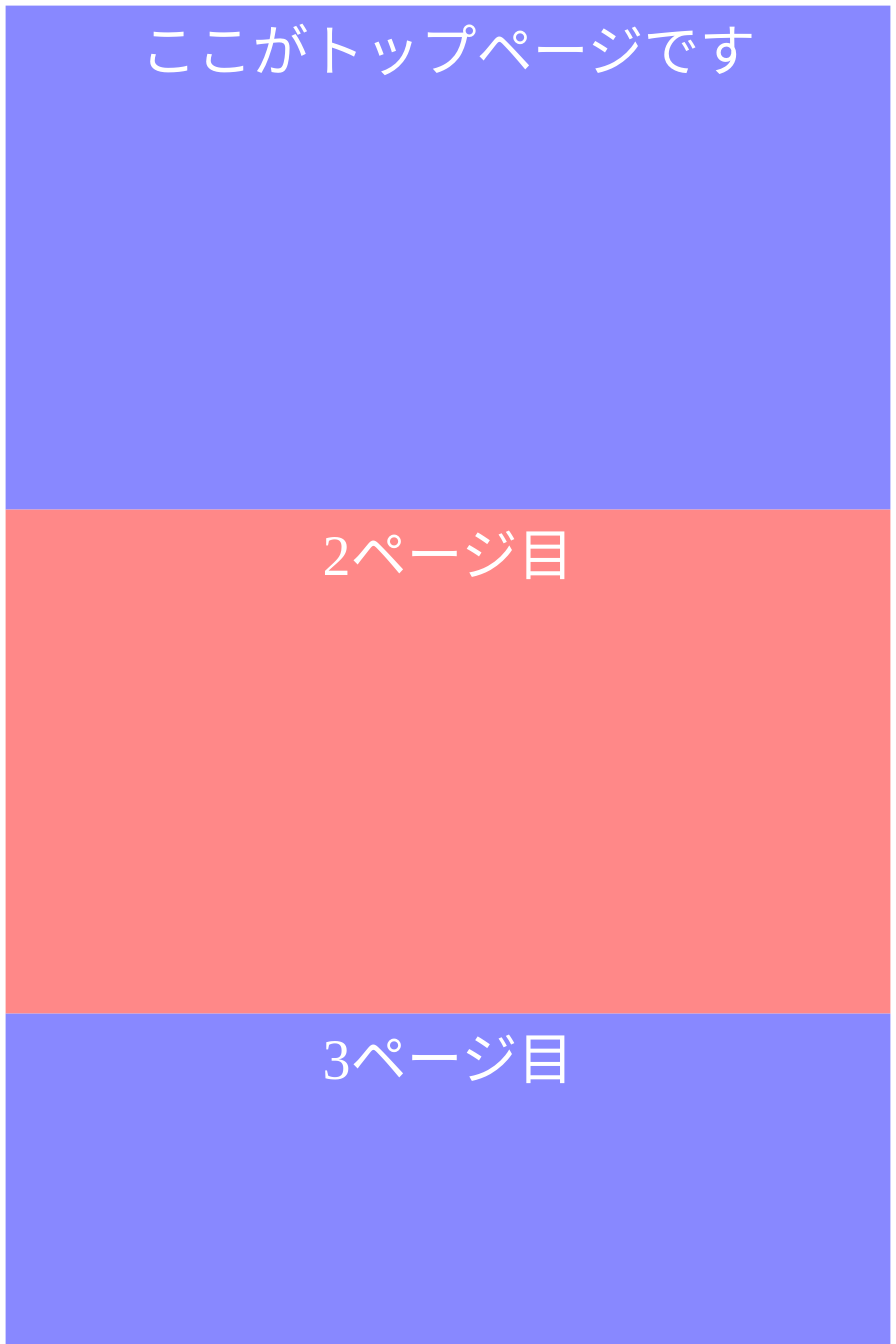
Repository: picalin/samurai_typing-game
Page: JavaScript_tutorial/ScrollBottun.html
The author's editor kept a record of every edit. The page is drawn from the files as they stood at one moment, then again after the next edit.
The browser window is 1280 px wide. The pictures show the part of the page from y = 0 to 1920 px (the page is 3616 px tall), at 70% of full size.

Above is the page before.
Console error: TypeError: Cannot read properties of undefined (reading 'style')

After the next edit:
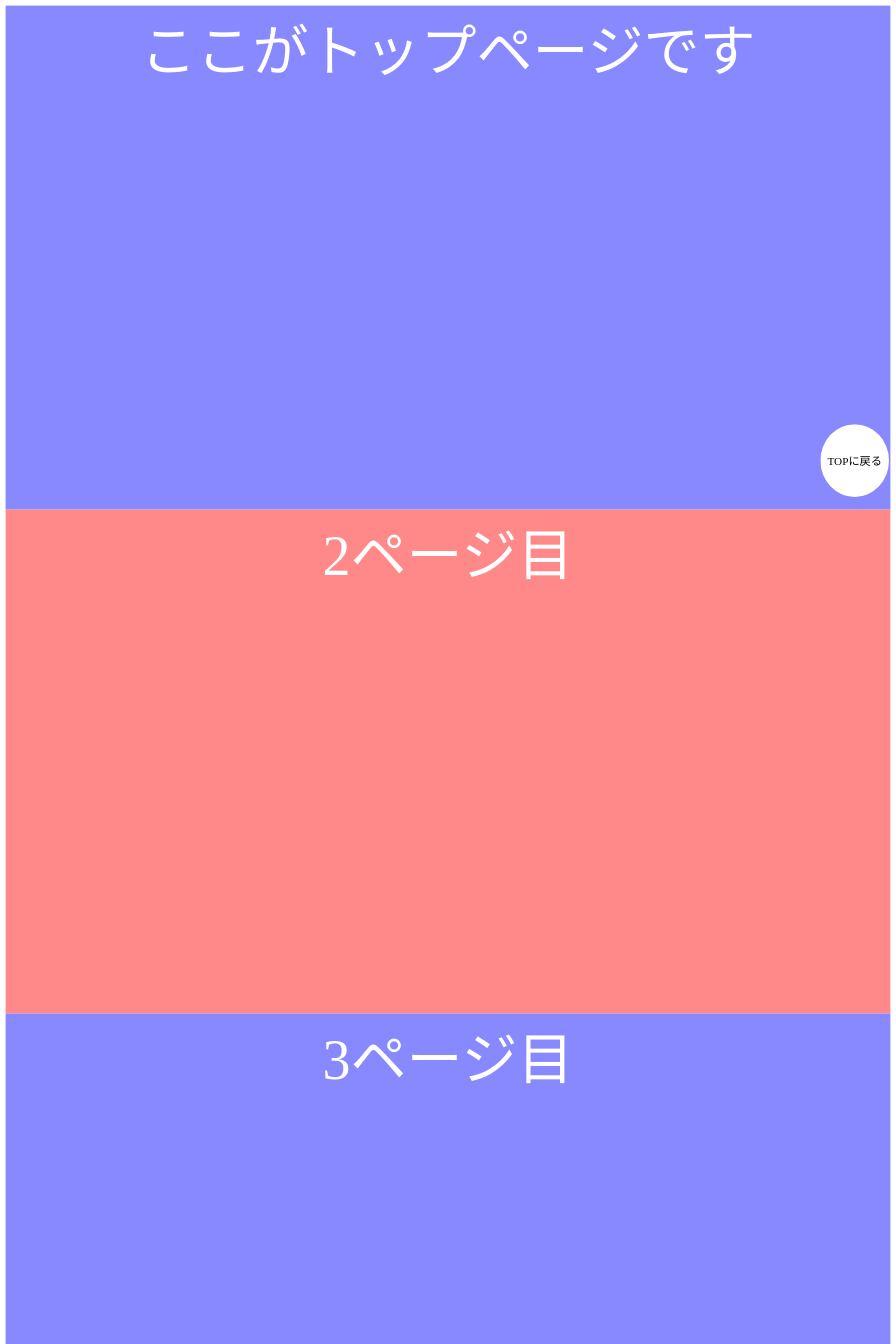
The edit:
--- a/JavaScript_tutorial/ScrollBottun.html
+++ b/JavaScript_tutorial/ScrollBottun.html
@@ -55,7 +55,7 @@
 
           if (scrollValue >= 300) {
 
-              topLink[0].style.display = "inline";
+              topLink.style.display = "inline";
 
           } else if (scrollValue < 300) {
 
